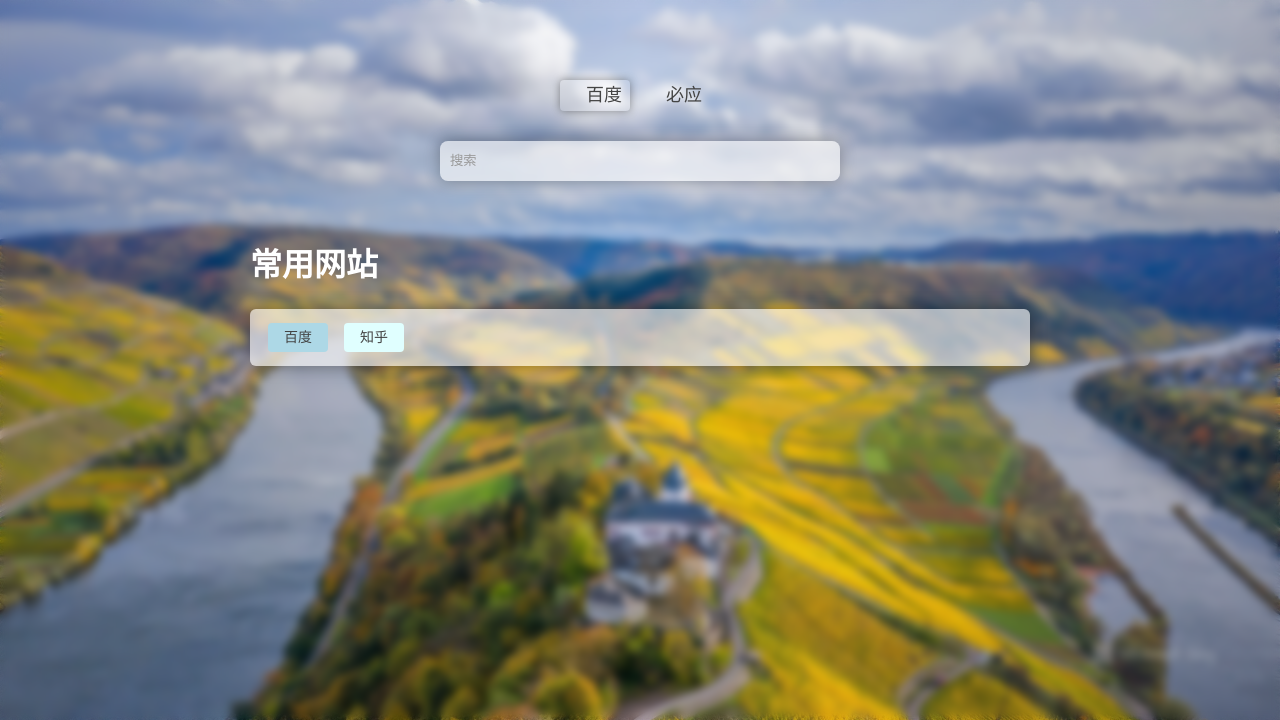
Repository: zkhiscool/PersonPage
Page: index.html
The author's editor kept a copy of each file at every save. The page is drawn from the files as they stood at one save, then again after a run of saves.
The browser window is 1280 px wide. The pictures show the whole page.

Above is the page before, as saved 2023-07-19 10:50:20.

### index.html
<!DOCTYPE html>
<html lang="en">

<head>
    <meta charset="UTF-8">
    <meta name="viewport" content="width=device-width, initial-scale=1.0">
    <title>Document</title>
    <script src="//at.alicdn.com/t/c/font_4154315_rbz2c3ka0md.js"></script>
    <link rel="stylesheet" href="css/style.css">
</head>

<body>
    <div id="page">
        <section id="search">
            <div class="search-type">
                <div data-type="baidu" class="search-tab tab-baidu active">
                    <svg class="icon" aria-hidden="true">
                        <use xlink:href="#icon-baidu"></use>
                    </svg>百度
                </div>
                <div data-type="bing" class="search-tab tab-bing">
                    <svg class="icon" aria-hidden="true">
                        <use xlink:href="#icon-weiruan"></use>
                    </svg>必应
                </div>
            </div>
            <div class="search-input input">
                <input type="text" placeholder="搜索">
                <svg class="icon icon-search" aria-hidden="true">
                    <use xlink:href="#icon-search"></use>
                </svg>
            </div>
        </section>
        <section id="websites">
            <ul class="list">
                <li class="item">
                    <h2>常用网站</h2>
                    <ul class="panel">
                        <li class="tag color-1">百度</li>
                        <li class="tag color-2">知乎</li>
                    </ul>
                </li>
            </ul>

        </section>

    </div>
    <script src="js/main.js"></script>
    <script>
        //百度 = 'https://www.baidu.com/s?wd=' + '饥人谷'
        //bing= https://cn.bing.com/search?q=' + '饥人谷'
    </script>
</body>

</html>

### css/style.css
* {
    margin: 0;
    padding: 0;
    box-sizing: border-box;
}

ul,
li {
    list-style: none;
}

body {
    /* 字体大小14，行高1.5 */
    font: 14px/1.5 Arial, Helvetica, sans-serif;
    color: #444;
    background: linear-gradient(to right, rgba(0, 0, 0, 0.2), rgba(0, 0, 0, 0), rgba(0, 0, 0, 0.2)),
        url(../images/2.jpg)center center no-repeat;
    background-size: cover;
    /* 窗口的高度 */
    min-height: 100vh;
    /* 背景色模糊 */
    padding-bottom: 60px;
    backdrop-filter: blur(4px);
}

/* 图标库默认样式 */
.icon {
    width: 1em;
    height: 1em;
    vertical-align: -0.15em;
    fill: currentColor;
    overflow: hidden;
}

#page {
    max-width: 820px;
    margin: 0 auto;
    padding: 20px;
    /* overflow: hidden; */
}

#search {
    display: flex;
    flex-direction: column;
    align-items: center;
    margin-top: 60px;

}

.search-type {
    display: flex;
}

.search-tab {
    padding: 2px 8px;
    margin-right: 10px;
    border-radius: 4px;
    font-size: 18px;
    cursor: pointer;
}

.search-tab.active {
    box-shadow: 0 0 8px rgba(0, 0, 0, 0.4);
}

.search-input {
    position: relative;
    margin-top: 30px;
    border-radius: 8px;
    overflow: hidden;
    background-color: rgba(255, 255, 255, 0.6);
    box-shadow: 0 0 16px 0 rgba(0, 0, 0, 0.3);
}

.search-input .icon {
    position: absolute;
    right: 6px;
    top: 50%;
    transform: translateY(-50%);
    z-index: 1;
    width: 30px;
    height: 20px;
    cursor: pointer;
}

.search-input>input {
    width: 400px;
    padding: 0 30px 0 10px;
    line-height: 40px;
    border: none;
    outline: none;
    color: #666;
    background-color: transparent;
    transition: all .3s;
}

/* .search-input>input:focus {
    width: 780px;
} */

.search-input>input::placeholder {
    color: #999;
}

#websites .item {
    margin-top: 60px;

}

#websites .list h2 {
    color: #fff;
    font-size: 32px;
}

#websites .panel {
    display: flex;
    flex-wrap: wrap;
    background-color: rgba(255, 255, 255, 0.6);
    border-radius: 6px;
    padding: 10px;
    margin-top: 20px;
    box-shadow: 0 0 16px 0 rgba(0, 0, 0, 0.4);
}

#websites .tag {
    border-radius: 4px;
    padding: 4px 16px;
    margin: 4px 8px;

}

.color-1 {
    background-color: lightblue;
}

.color-2 {
    background-color: lightcyan;
}

.color-3 {
    background-color: lightgreen;
}

.color-4 {
    background-color: lightgray;
}

### js/main.js
const $ = s => document.querySelector(s)
const $$ = s => document.querySelectorAll(s)
const searchMap = {
    'baidu': 'https://www.baidu.com/s?wd=',
    'bing': 'https://cn.bing.com/search?q='
}
let searchType = 'baidu'
//切换浏览器的样式
$$('.search-tab').forEach($tab => {
    $tab.onclick = function () {
        // 给每个搜索去掉class
        $$('.search-tab').forEach($tab => $tab.classList.remove('active'))
        this.classList.add('active')
        // data-xxx这种带 “-”的自定义属性，有默认dataset方法
        searchType = this.dataset.type
    }
});

//监听键盘按下
document.onkeyup = function (e) {
    if (e.key === 'Enter') {
        search()
    }
}

$('.icon-search').onclick = search

// 封装搜索
function search() {
    let url = searchMap[searchType] + $('.search-input input').value
    const $link = document.createElement('a')
    $link.setAttribute('href', url)
    $link.setAttribute('target', '_blank')
    $link.click()
}

const data = [
    {
        title: '常用网站',
        data: [
            {
                name: '饥人谷',
                url: 'https://jirengu.com'
            },
            {
                name: '知乎',
                url: 'https://zhihu.com'
            },
        ]
    },
    {
        title: '精品博客',
        data: [
            {
                name: '阮一峰',
                url: 'https://javascript.ruanyifeng.com'
            },
            {
                name: '若愚',
                url: 'https://zhuanlan.zhihu.com/study-fe'
            },
        ]
    },
]
/*
    <li class="item">
        <h2>常用网站</h2>
        <ul class="panel">
            <li class="tag color-1"><a href="" target="_blank"></a>百度</li>
            <li class="tag color-2"><a href="" target="_blank"></a>知乎</li>
        </ul>
    </li>
 */
const $itemArr = data.map(obj => {
    const $item = document.createElement('li')
    $item.classList.add('item')
    const $h2 = document.createElement('h2')
    $h2.append(obj.title)
    const $ul = document.createElement('ul')
    $ul.classList.add('panel')
    let $liArray = obj.data.map(item => {
        const $tag = document.createElement('li')
        $tag.classList.add('tag')
        $tag.append(item.name)
        const $a = document.createElement('a')
        $a.setAttribute('href', item.url)
        $a.setAttribute('target', '_blank')
        $a.append(item.name)
        $tag.append($a)
        return $tag
    })
    $ul.append(...$liArray)
    $item.append($h2, $ul)
    return $item
})
console.log($itemArr);

$('websi')

After the next 3 saves:
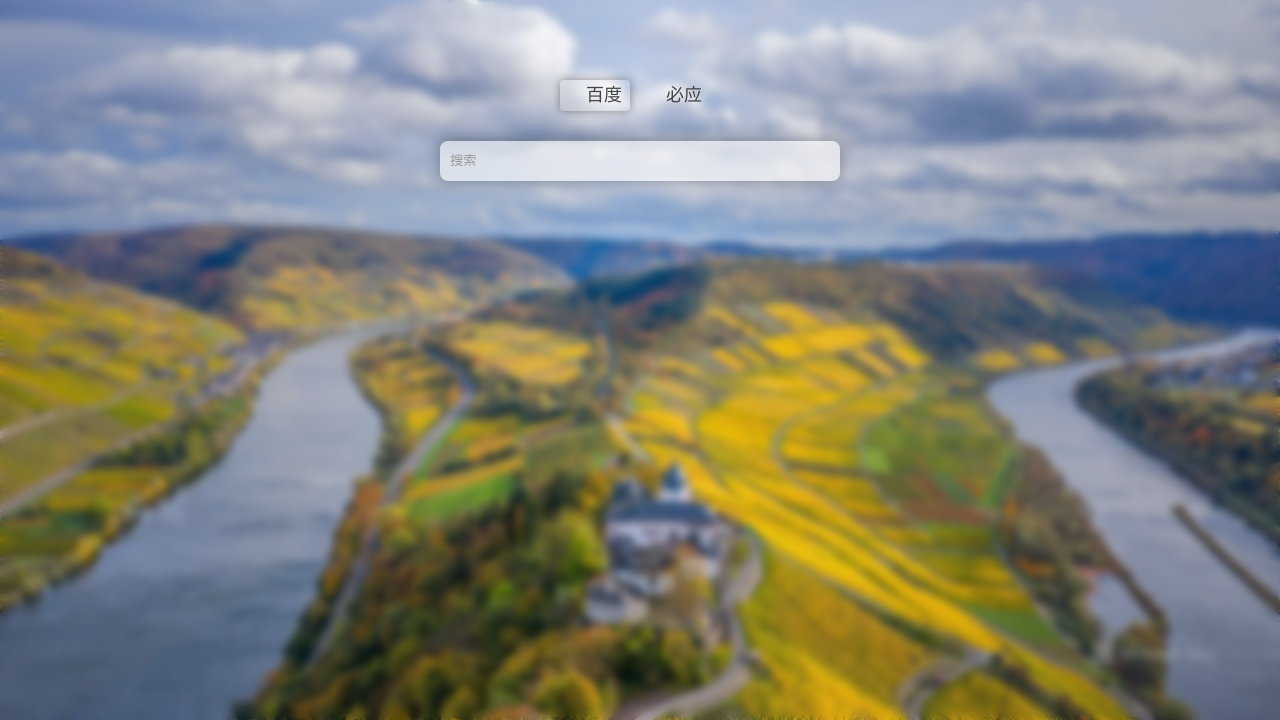
The 3 saves are shown as one change because they came seconds apart.
The last was saved 25 s later.
--- a/js/main.js
+++ b/js/main.js
@@ -95,4 +95,4 @@ const $itemArr = data.map(obj => {
 })
 console.log($itemArr);
 
-$('websi')
+$('#websites .list').innerHTML = ''
